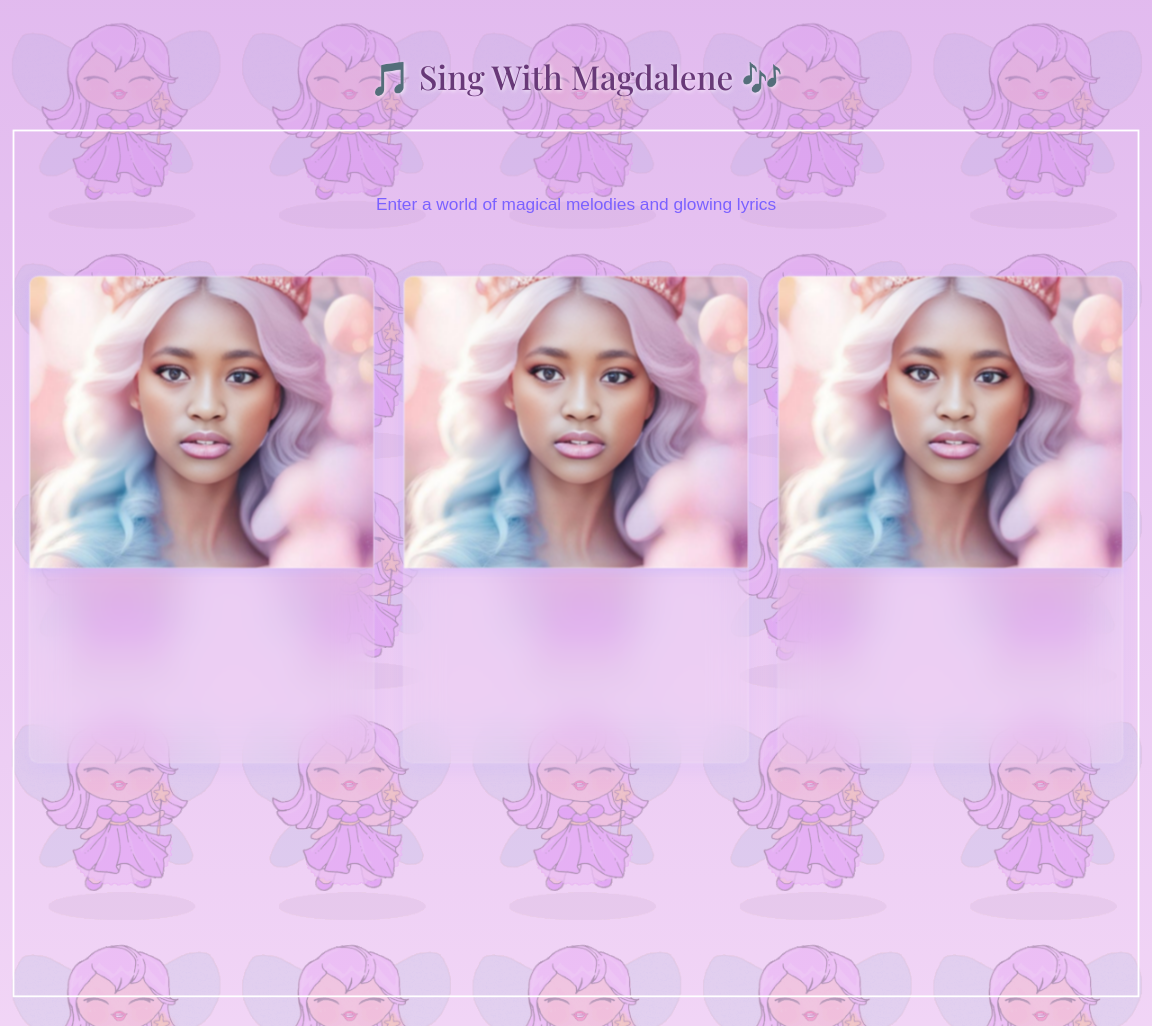
Repository: VladimirGagarin/Meg
Page: /
An editor plug-in stored every save of this project. The page is shown before and after a run of saves, followed by the edit.
The browser window is 1280 px wide. The pictures show the whole page, at 90% of full size.
The project was rebuilt for these pictures with package versions that can differ from the ones it lists, and the page was loaded fresh each time. Also part of the build but not shown: vite.config.js, src/components/Controls.jsx, src/pages/SongScreen.css, src/components/lyricsCard.jsx, src/pages/SongScreen.jsx. Imported but missing from the stored project, and not drawn on this page: src/assets/audios/IamMagdalene.mp3, src/assets/audios/The beginning.mp3, src/assets/audios/meg.mp3.

Above is the page before, as saved 2025-07-07 13:13:59.

After the next 4 saves:
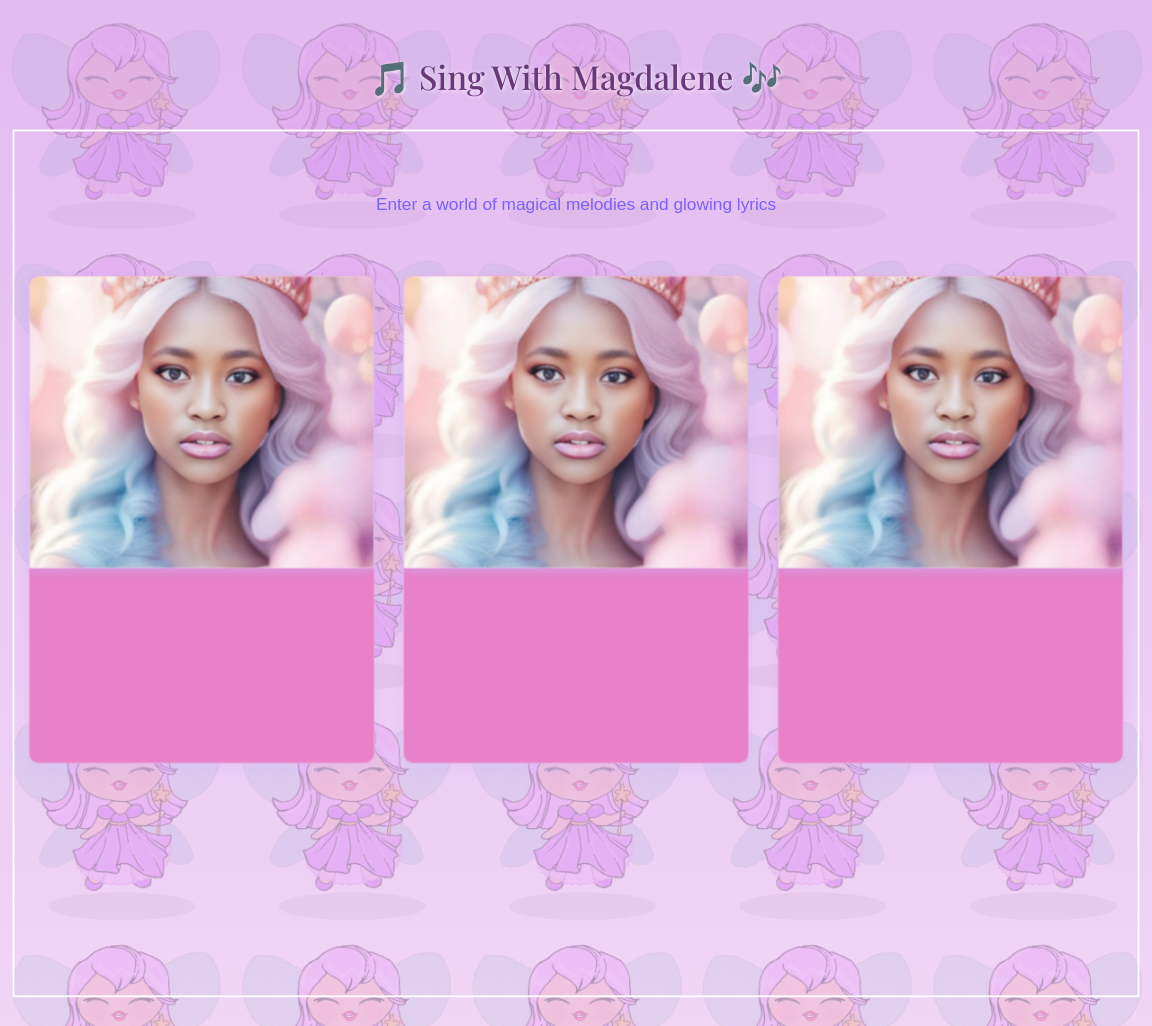
The 4 saves are shown as one change because they came seconds apart.
The last was saved 22 s later.
--- a/src/components/SongCard.css
+++ b/src/components/SongCard.css
@@ -20,7 +20,7 @@
     height: 75vh;
     padding: 0;
     border-radius: 10px;
-    background-color: rgba(255, 255, 255, 0.074);
+    background-color: rgb(232, 129, 199);
     border: 1px solid rgba(255, 255, 255, 0.222);
     -webkit-backdrop-filter: blur(20px);
     backdrop-filter: blur(20px);
